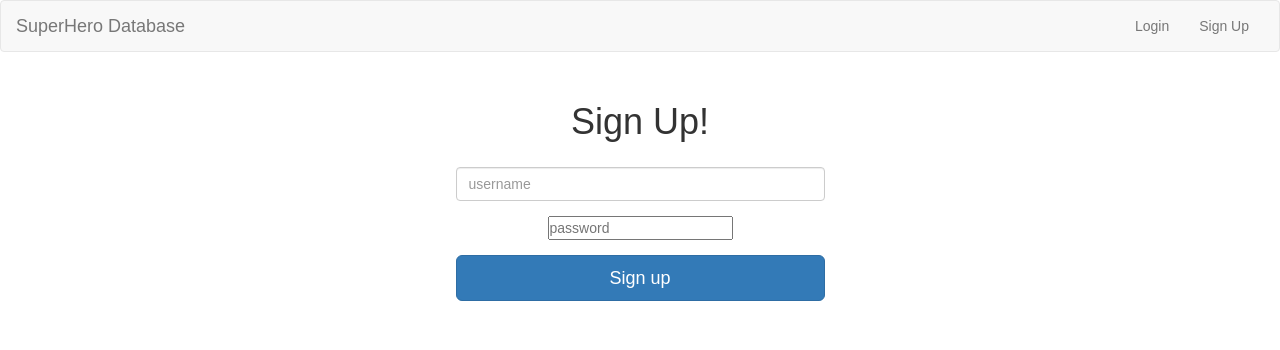
Repository: VincentChan5650/Hero-Database
Page: http://localhost/register
The author's editor kept a record of every edit. The page is drawn from the files as they stood at one moment, then again after the next edit.
The browser window is 1280 px wide. The pictures show the whole page.
Some web fonts or font styles are not loaded; a fallback is used. The page is served by the project's Node server (app.js). Other server files are loaded and not shown.

Above is the page before.

### views/register.ejs
<% include partials/header %>
<div class="container-fluid">
    <div class="row">
        <h1>Sign Up!</h1>
        <div class="form-style">
            <form action="/register" method="post">
                <div class="form-group">
                    <input class="form-control" type='text' name ="username" placeholder="username">
                </div>
                <div class="form-group">
                    <input type='password' name ="password" placeholder="password">
                </div>
                <div class="form-group">
                    <button class="btn btn-primary btn-lg btn-block">Sign up</button>
                </div>
            </form>
        </div>
    </div>
</div>
<% include partials/footer %>

### views/partials/header.ejs
<!DOCTYPE html>
<html>
    <head>
        <title>SuperHero Database</title>
        <link href="https://fonts.googleapis.com/css?family=Baloo" rel="stylesheet">
        <link rel="stylesheet" href="https://maxcdn.bootstrapcdn.com/bootstrap/3.3.7/css/bootstrap.min.css">
        <link rel="stylesheet" href="/stylesheets/main.css" type="text/css">
    </head>
    <body>
        <nav class="navbar navbar-default">
        <div class="container-fluid">
            <div class="navbar-header">
                <a class="navbar-brand" href="/">SuperHero Database</a>
            </div>
            <div class="collapse navbar-collapse">
                <ul class="nav navbar-nav navbar-right">

                    <% if(!currentuser){ %>

                    <li><a href="login/">Login</a></li>
                    <li><a href="/register">Sign Up</a></li>

                    <% } else{ %>
                    <li style="padding-top:15px;">Signed In As  <%= currentuser.username %></li>
                    <li><a href="/logout">Logout</a></li>
                    <% } %>

                </ul>
            </div>
        </div>
    </nav>

### app.js
//----------------CONFIGURATION---------------------------
var express             = require("express"),
        app             = express(),
        bodyParser      = require("body-parser"),
        LocalStrategy   = require("passport-local"),
        passport        = require("passport"),
        User            = require("./model/user"),
        mongoose        = require("mongoose");

//connect to db
mongoose.connect("mongodb://localhost/hero_database");
app.set("view engine", "ejs");
app.use(bodyParser.urlencoded({extended:true}));
app.use(require("express-session")({
    secret:"Wait For It",
    resave:false,
    saveUninitialized: false
}));

app.use(express.static(__dirname + '/public'));
app.use(passport.initialize());
app.use(passport.session());
passport.use(new LocalStrategy(User.authenticate()));
passport.serializeUser(User.serializeUser());
passport.deserializeUser(User.deserializeUser());

app.use(function(req, res, next){
    res.locals.currentuser = req.user;
    next();
})

//db SCHEMA SETUP
var heroDatabaseSchema = new mongoose.Schema({
   name: String,
   heroTitle: String,
   city:String,
   power:String,
   description: String,
   image:String
});

//collection name
var HeroDatabase = mongoose.model("Herodatabase", heroDatabaseSchema);


//------------ROUTES------------------
app.get("/", function(req, res){
    res.render("landing");
});

//Index route
app.get("/heroLists", isLoggedIn, function(req, res){
    //get all data (row) from db
    console.log(req.user)
    HeroDatabase.find({},function(err, herodatabases){
        if(err){
            console.log(err);
        }else{
            res.render("heroLists", {herodatabases:herodatabases, currentuser: req.user});
        }
    })
});

//New route
app.get("/heroLists/new", isLoggedIn, function(req, res){
   res.render("new.ejs");
});

//Create route
app.post("/heroLists", isLoggedIn, function(req,res){
    //gather date from /new
    var name = req.body.name;
    var heroTitle = req.body.heroTitle;
    var city = req.body.city;
    var power = req.body.power;
    var description = req.body.description;
    var image = req.body.image;
    //create a new campground object
    var newHero = {
        name: name,
        heroTitle:heroTitle,
        city: city,
        power: power,
        description: description,
        image: image
    }
    //create a new herodata and save to DB
    HeroDatabase.create(newHero, function(err, newlyCreated){
        if(err){
            console.log(err);
        }else{
            res.redirect("/heroLists")
        }
    })

});

//Show route
app.get("/heroLists/:id", isLoggedIn, function(req, res){
    //find the data by id which come from the index route
    HeroDatabase.findById(req.params.id, function(err, foundHero){
        if(err){
            console.log(err);
        }else{
            res.render("show", {hero:foundHero});
        }
    });
});

//Auth routes
app.get("/register", function(req, res){
    res.render("register");
});

app.post("/register", function(req, res){
    var newUser = new User({username: req.body.username});
    User.register(newUser, req.body.password, function(err, user){
        if(err){
            console.log(err);
            return res.render("register");
        }else{
            passport.authenticate("local")(req, res, function(){
                res.redirect("/heroLists");
            })
        }
    });
});

app.get("/login", function(req, res){
    res.render("login");
});
//log in with middleware
app.post("/login",passport.authenticate("local",
    {
        successRedirect:"/heroLists",
        failureRedirect:"/login"
        }), function(req, res){
    res.send("Work?");
})

app.get("/logout", function(req, res){
    req.logout();
    res.redirect("/");
});

function isLoggedIn(req, res, next){
    if(req.isAuthenticated()){
        return next();
    }
    res.redirect("/login");
}

//------------listen------------------
app.listen(process.env.PORT, process.env.IP, function(){
   console.log("The Hero Database Has Started!");
});

### public/stylesheets/main.css
*{
    padding:0;
    margin:0;
    font-family: 'Baloo', 'Arial', sans-serif;
}
h1{
    text-align: center;
    padding-bottom: 15px;
    font-weight: 200;
}

.row{
    padding: 10px;
    margin:0 auto;
    text-align: center;
}

.form-style{
    width:30%;
    margin:0 auto;
}
.jumbotron{
    padding-top:20px;
    padding-bottom:20px;
}

.hero-img{
    float:left;
}
.hero-info{
    float:right;
}

Loaded but not shown: views/partials/footer.ejs (common file)

After the next edit:
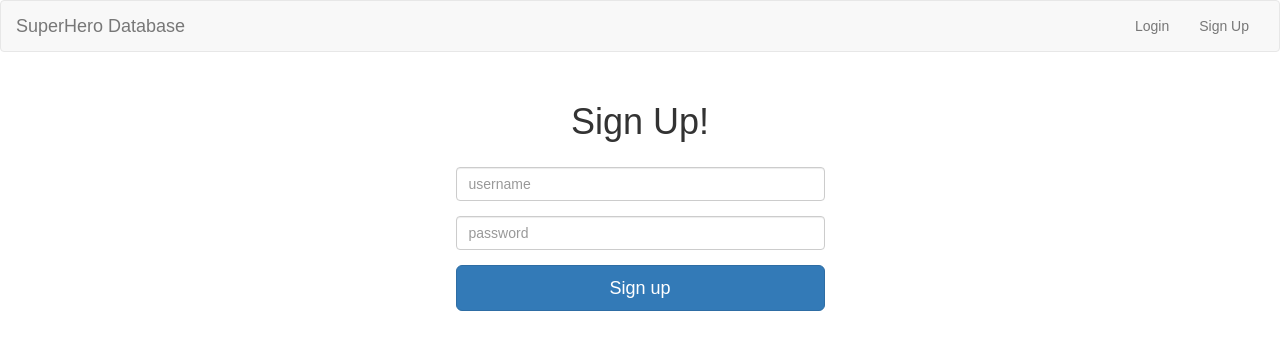
The edit:
--- a/views/register.ejs
+++ b/views/register.ejs
@@ -8,7 +8,7 @@
                     <input class="form-control" type='text' name ="username" placeholder="username">
                 </div>
                 <div class="form-group">
-                    <input type='password' name ="password" placeholder="password">
+                    <input class="form-control" type='password' name ="password" placeholder="password">
                 </div>
                 <div class="form-group">
                     <button class="btn btn-primary btn-lg btn-block">Sign up</button>
